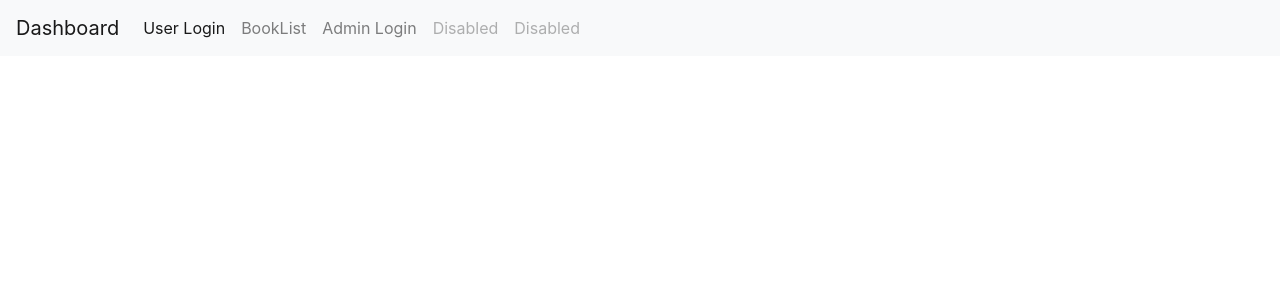
Repository: KeithKeithZ/libapp
Page: http://localhost/Users
The author's editor kept a copy of each file at every save. The page is drawn from the files as they stood at one save, then again after the next save.
The browser window is 1280 px wide. The pictures show the whole page.
The page is served by the project's Laravel application, run on PHP 8.4 with Laravel 8. Other server files are loaded and not shown.

Above is the page before, as saved 2021-12-03 15:39:34.

### routes/web.php
<?php

use Illuminate\Support\Facades\Route;

/*
|--------------------------------------------------------------------------
| Web Routes
|--------------------------------------------------------------------------
|
| Here is where you can register web routes for your application. These
| routes are loaded by the RouteServiceProvider within a group which
| contains the "web" middleware group. Now create something great!
|
*/

Route::get('/', function () {
    return view('welcome');
});

Route::get('/Users', function () {
    return view('user');
});

Route::get('/userLogin', function () {
    return view('userSignIn');
});

Route::get('/userRegister', function () {
    return view('userRegister');
});

Route::get('/BookList', function () {
    return view('bookList');
});

Route::get('/adminLogin', function () {
    return view('adminSignIn');
});

### resources/views/user.blade.php
<!DOCTYPE html>
<html lang="{{ str_replace('_', '-', app()->getLocale()) }}">
    <head>
        <title>Bootstrap Example</title>
        <meta charset="utf-8">
        <meta name="viewport" content="width=device-width, initial-scale=1">
        <link rel="stylesheet" href="https://stackpath.bootstrapcdn.com/bootstrap/4.1.3/css/bootstrap.min.css" integrity="sha384-MCw98/SFnGE8fJT3GXwEOngsV7Zt27NXFoaoApmYm81iuXoPkFOJwJ8ERdknLPMO" crossorigin="anonymous">
        <script src="https://code.jquery.com/jquery-3.3.1.slim.min.js" integrity="sha384-q8i/X+965DzO0rT7abK41JStQIAqVgRVzpbzo5smXKp4YfRvH+8abtTE1Pi6jizo" crossorigin="anonymous"></script>
        <script src="https://cdnjs.cloudflare.com/ajax/libs/popper.js/1.14.3/umd/popper.min.js" integrity="sha384-ZMP7rVo3mIykV+2+9J3UJ46jBk0WLaUAdn689aCwoqbBJiSnjAK/l8WvCWPIPm49" crossorigin="anonymous"></script>
        <script src="https://stackpath.bootstrapcdn.com/bootstrap/4.1.3/js/bootstrap.min.js" integrity="sha384-ChfqqxuZUCnJSK3+MXmPNIyE6ZbWh2IMqE241rYiqJxyMiZ6OW/JmZQ5stwEULTy" crossorigin="anonymous"></script>
    </head>

    <nav class="navbar navbar-expand-lg navbar-light bg-light">
        <a class="navbar-brand" href="/">Dashboard</a>
        <button class="navbar-toggler" type="button" data-toggle="collapse" data-target="#navbarNav" aria-controls="navbarNav" aria-expanded="false" aria-label="Toggle navigation">
            <span class="navbar-toggler-icon"></span>
        </button>
        <div class="collapse navbar-collapse" id="navbarNav">
            <ul class="navbar-nav">
            <li class="nav-item active">
                <a class="nav-link" href="/userLogin">User Login <span class="sr-only">(current)</span></a>
            </li>
            <li class="nav-item">
                <a class="nav-link" href="/BookList">BookList</a>
            </li>
            <li class="nav-item">
                <a class="nav-link" href="/adminLogin">Admin Login</a>
            </li>
            <li class="nav-item">
                <a class="nav-link disabled" href="#">Disabled</a>
            </li>
            <li class="nav-item">
                <a class="nav-link disabled" href="#">Disabled</a>
            </li>
            </ul>
        </div>
    </nav>
</html>

After the next save:
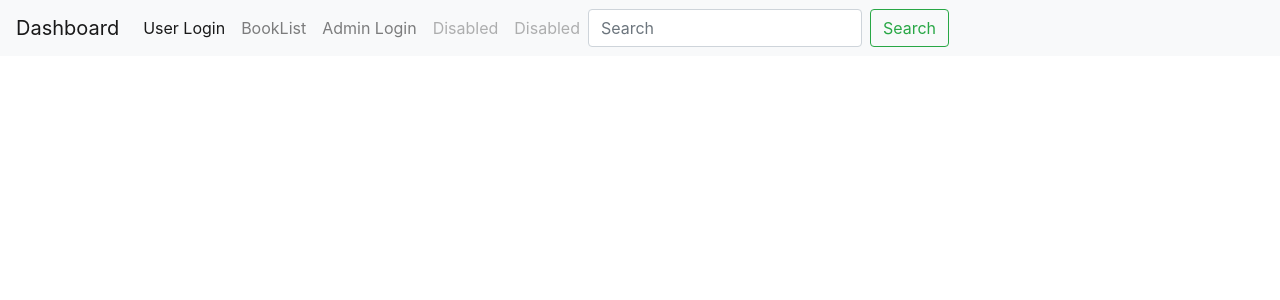
Saved 10 min 16 s later.
--- a/resources/views/user.blade.php
+++ b/resources/views/user.blade.php
@@ -33,6 +33,10 @@
                 <a class="nav-link disabled" href="#">Disabled</a>
             </li>
             </ul>
+            <form class="form-inline my-2 my-lg-0">
+                <input class="form-control mr-sm-2" type="search" placeholder="Search" aria-label="Search">
+                <button class="btn btn-outline-success my-2 my-sm-0" type="submit">Search</button>
+            </form>
         </div>
     </nav>
 </html>

After the save that followed:
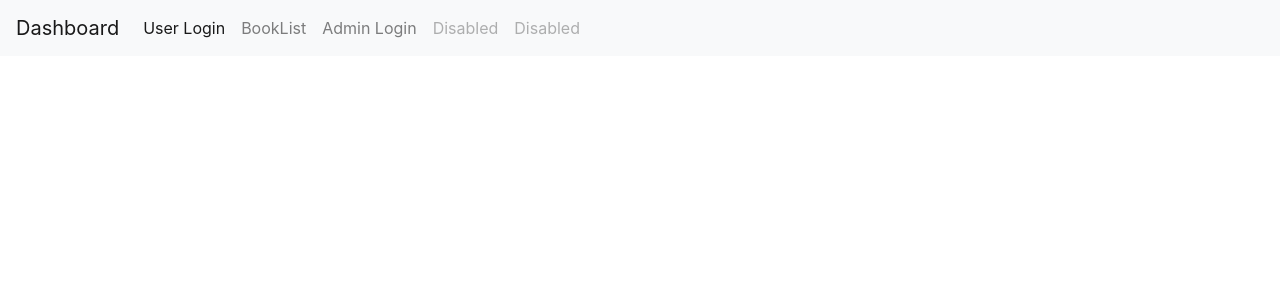
Saved 18 s later.
--- a/resources/views/user.blade.php
+++ b/resources/views/user.blade.php
@@ -33,10 +33,6 @@
                 <a class="nav-link disabled" href="#">Disabled</a>
             </li>
             </ul>
-            <form class="form-inline my-2 my-lg-0">
-                <input class="form-control mr-sm-2" type="search" placeholder="Search" aria-label="Search">
-                <button class="btn btn-outline-success my-2 my-sm-0" type="submit">Search</button>
-            </form>
         </div>
     </nav>
 </html>
